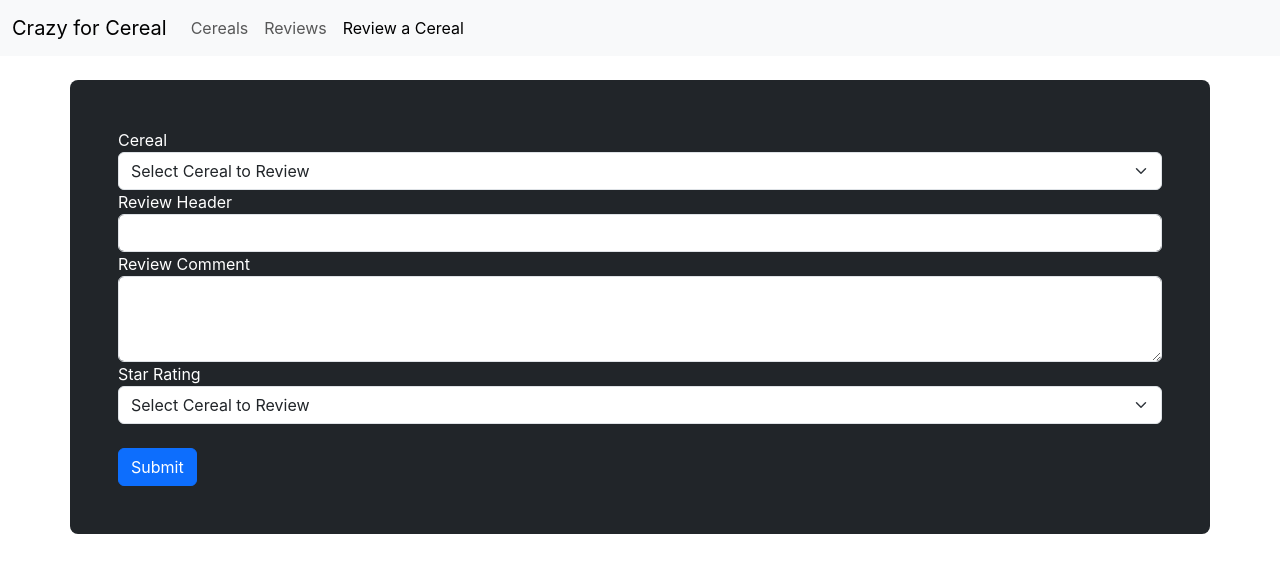
Repository: annferracane/project-3-sinatra
Page: /new-review (app in phase-3-project/)
An editor plug-in stored every save of this project. The page is shown before and after the next save, followed by the edit.
The browser window is 1280 px wide. The pictures show the whole page.
The page's requests for data from a server got no answer. The project was rebuilt for these pictures with package versions that can differ from the ones it lists, and the page was loaded fresh each time. No one was signed in, and anything a server would have sent is missing. Also part of the build but not shown: phase-3-project/src/components/Cereal.js, phase-3-project/src/components/Cereals.js, phase-3-project/src/components/Main.js, phase-3-project/src/components/Review.js, phase-3-project/src/components/Reviews.js, phase-3-project/src/components/CerealDetail.js.

Above is the page before, as saved 2023-01-24 15:06:25.

After the next save:
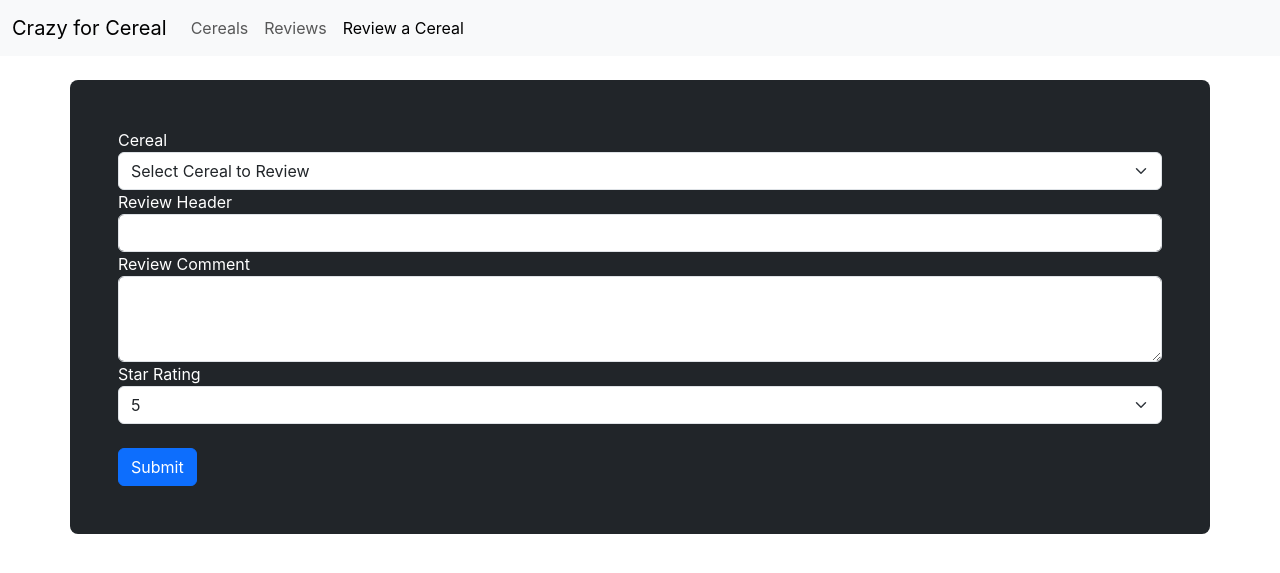
Saved 7 s later.
--- a/phase-3-project/src/components/NewReview.js
+++ b/phase-3-project/src/components/NewReview.js
@@ -6,7 +6,7 @@
     const [cerealId, setCerealId] = useState(0);
     const [header, setHeader] = useState('');
     const [comment, setComment] = useState('');
-    const [starRating, setStarRating] = useState(0);
+    const [starRating, setStarRating] = useState(5);
     //const history = useHistory();
 
     const cerealArray = cereals.map(cereal => <option key={ cereal.id } value={ `${cereal.id}` }>{ cereal.cereal_name }</option>)

After the save that followed:
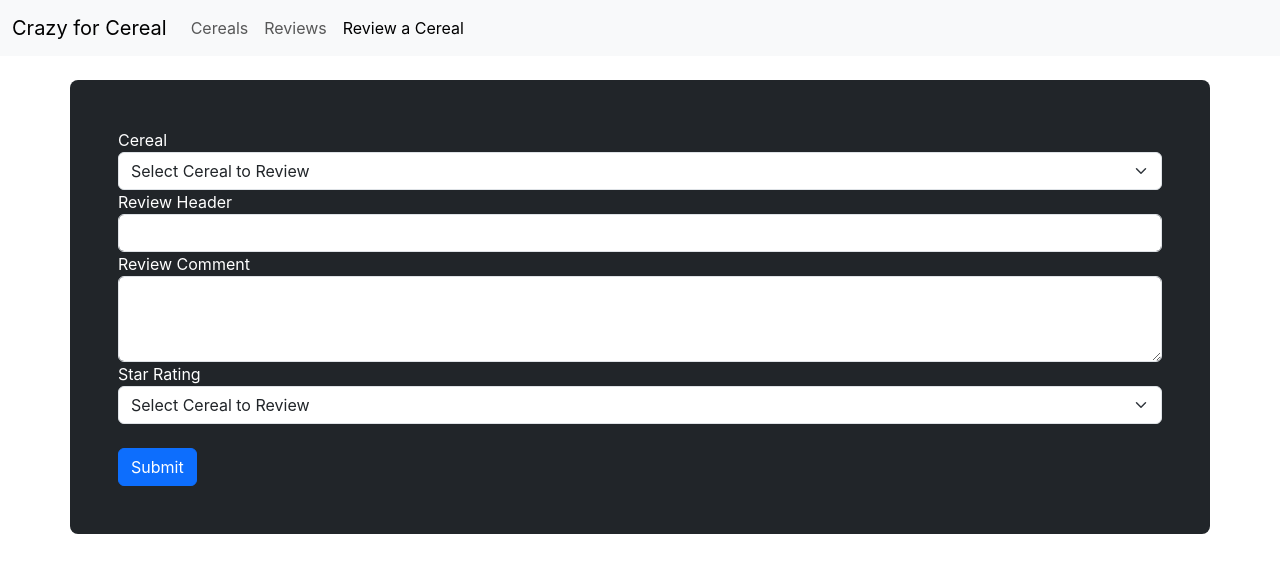
Saved 19 s later.
--- a/phase-3-project/src/components/NewReview.js
+++ b/phase-3-project/src/components/NewReview.js
@@ -6,7 +6,7 @@
     const [cerealId, setCerealId] = useState(0);
     const [header, setHeader] = useState('');
     const [comment, setComment] = useState('');
-    const [starRating, setStarRating] = useState(5);
+    const [starRating, setStarRating] = useState(0);
     //const history = useHistory();
 
     const cerealArray = cereals.map(cereal => <option key={ cereal.id } value={ `${cereal.id}` }>{ cereal.cereal_name }</option>)
